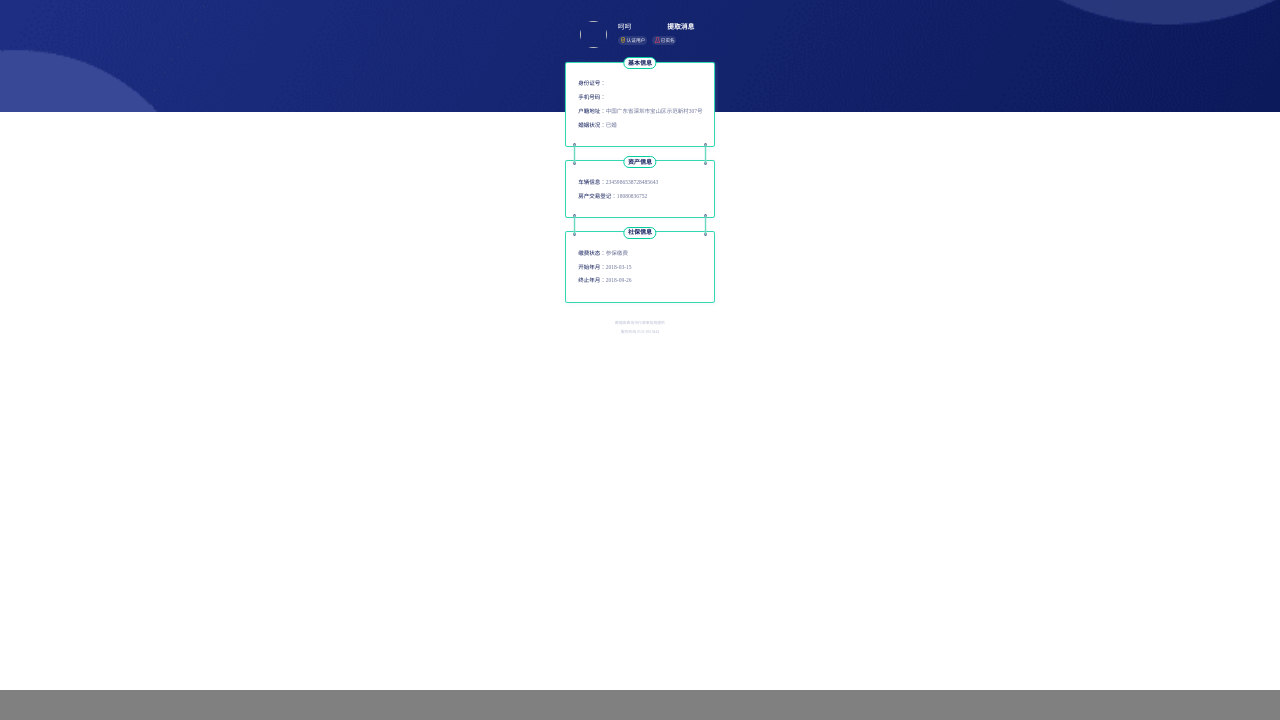
Repository: zlpstart/qingdao-new
Page: /Record
These files come from the project's save history. The page is drawn as it stood at one moment and after the next save; the edit follows.
The browser window is 1280 px wide. The pictures show the whole page.
The page's requests for data from a server got no answer. Some web fonts or font styles are not loaded; a fallback is used. The project was rebuilt for these pictures with package versions that can differ from the ones it lists, and the page was loaded fresh each time. No one was signed in, and anything a server would have sent is missing. Also part of the build but not shown: src/components/MySpace.vue, src/components/Home.vue, src/components/Enterprise.vue, src/components/Opinion.vue, src/components/Opinion2.vue, src/components/Car.vue, src/components/House.vue, src/components/License.vue and 5 more.

Above is the page before, as saved 2019-09-22 16:28:17.

After the next save:
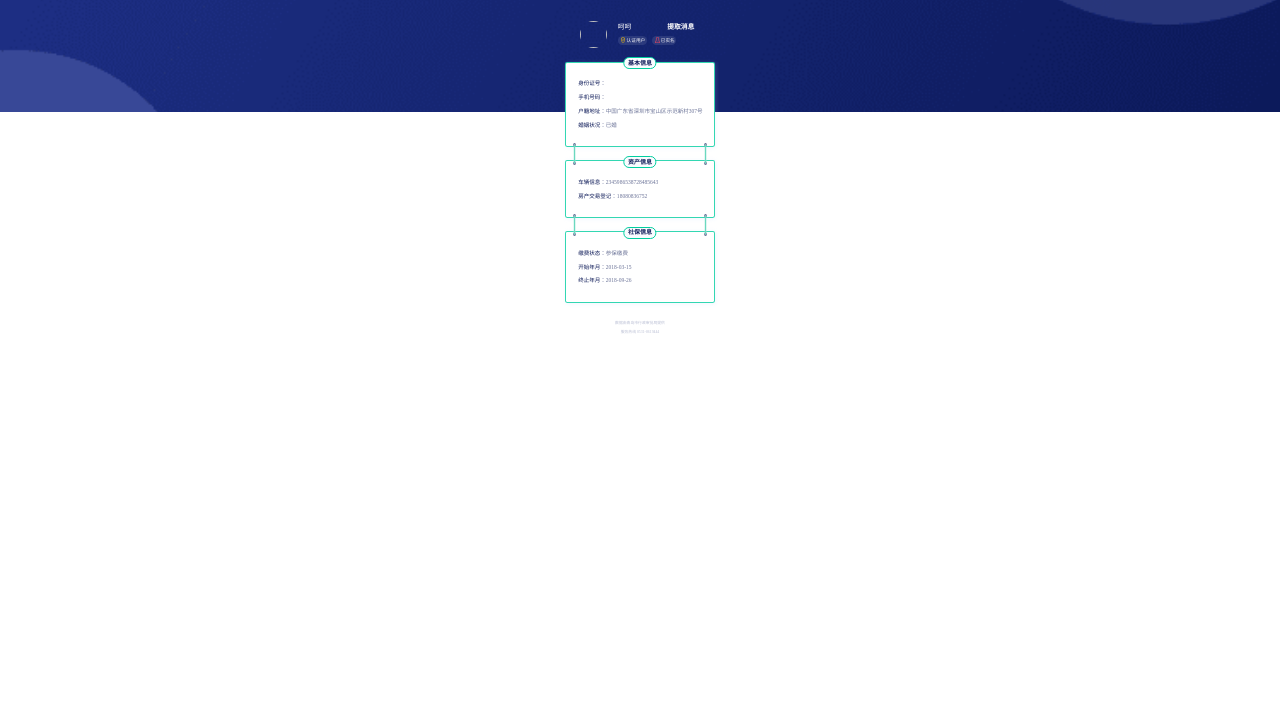
Saved 16 s later.
--- a/src/components/Record.vue
+++ b/src/components/Record.vue
@@ -197,7 +197,7 @@
         </div>
       </div>
     </div>
-    <div class="footer" v-if="">
+    <div class="footer" v-if="changeStyle">
       <div class="footer_btn1"></div>
       <div class="footer_btn2"></div>
       <div class="footer_btn3"></div>
